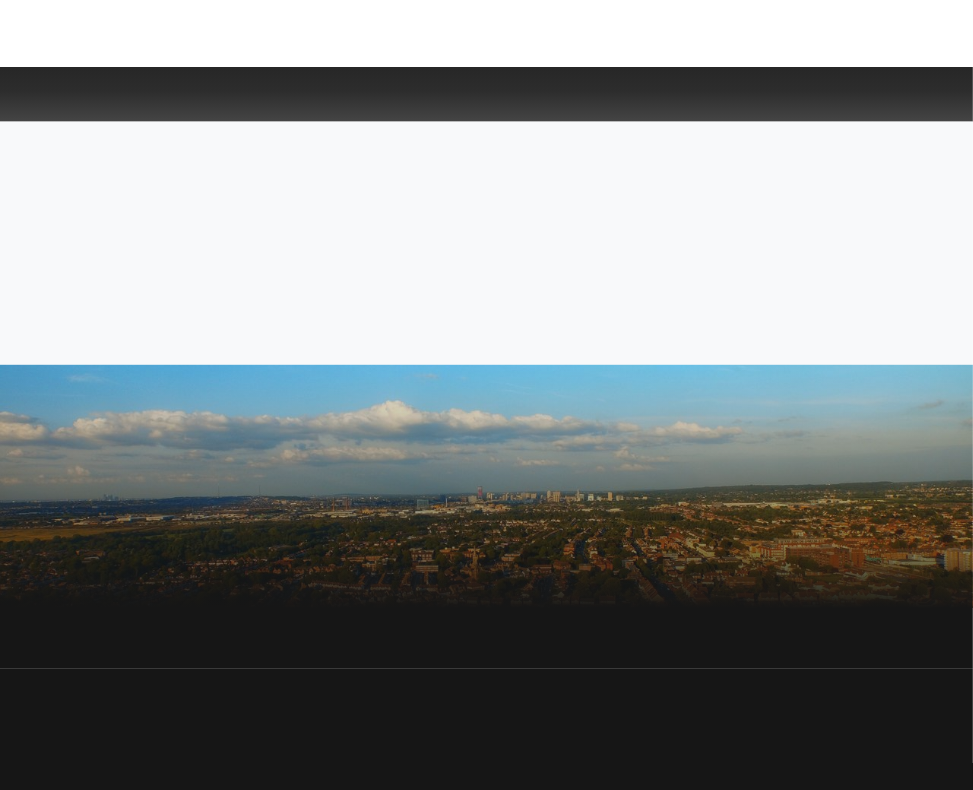
Repository: geoeskel/UCFD-Milestone-Project
Page: index.html
The author's editor kept a record of every edit. The page is drawn from the files as they stood at one moment, then again after the next edit.
The browser window is 1280 px wide. The pictures show the whole page, at 76% of full size.
Some web fonts or font styles are not loaded; a fallback is used. Some web libraries are served in a nearby version.

Above is the page before.

After the next edit:
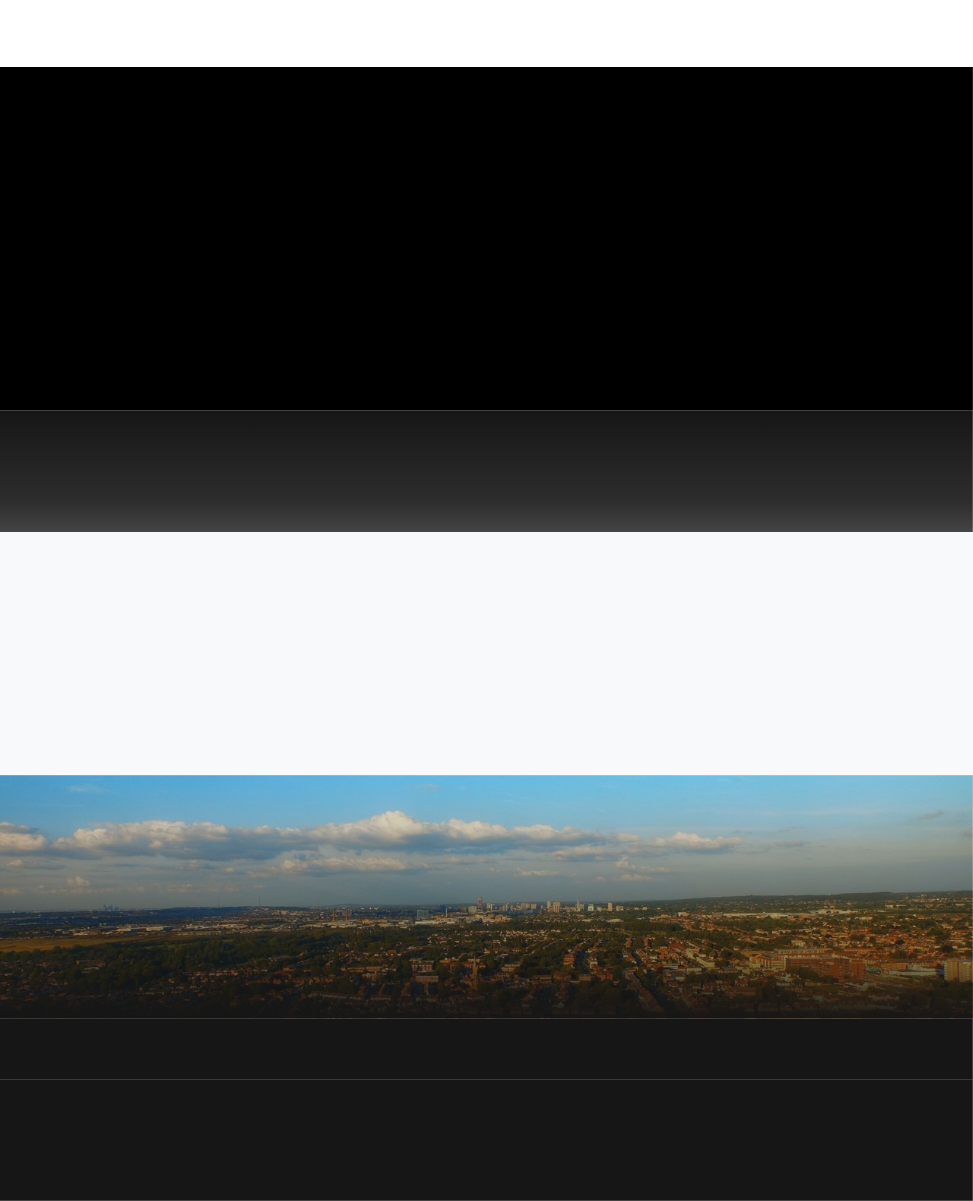
The edit:
--- a/css/style.css
+++ b/css/style.css
@@ -290,3 +290,55 @@
 footer {
   padding: 5rem 0;
 }
+
+
+/*------------------Video------------------*/
+
+header {
+  position: relative;
+  background-color: black;
+  height: 75vh;
+  min-height: 25rem;
+  width: 100%;
+  overflow: hidden;
+}
+
+header video {
+  position: absolute;
+  top: 50%;
+  left: 50%;
+  min-width: 100%;
+  min-height: 100%;
+  width: auto;
+  height: auto;
+  z-index: 0;
+  -ms-transform: translateX(-50%) translateY(-50%);
+  -moz-transform: translateX(-50%) translateY(-50%);
+  -webkit-transform: translateX(-50%) translateY(-50%);
+  transform: translateX(-50%) translateY(-50%);
+}
+
+header .container {
+  position: relative;
+  z-index: 2;
+}
+
+header .overlay {
+  position: absolute;
+  top: 0;
+  left: 0;
+  height: 100%;
+  width: 100%;
+  background-color: black;
+  opacity: 0.5;
+  z-index: 1;
+}
+
+@media (pointer: coarse) and (hover: none) {
+  header {
+    background: url('https://source.unsplash.com/XT5OInaElMw/1600x900') black no-repeat center center scroll;
+  }
+  header video {
+    display: none;
+  }
+}
